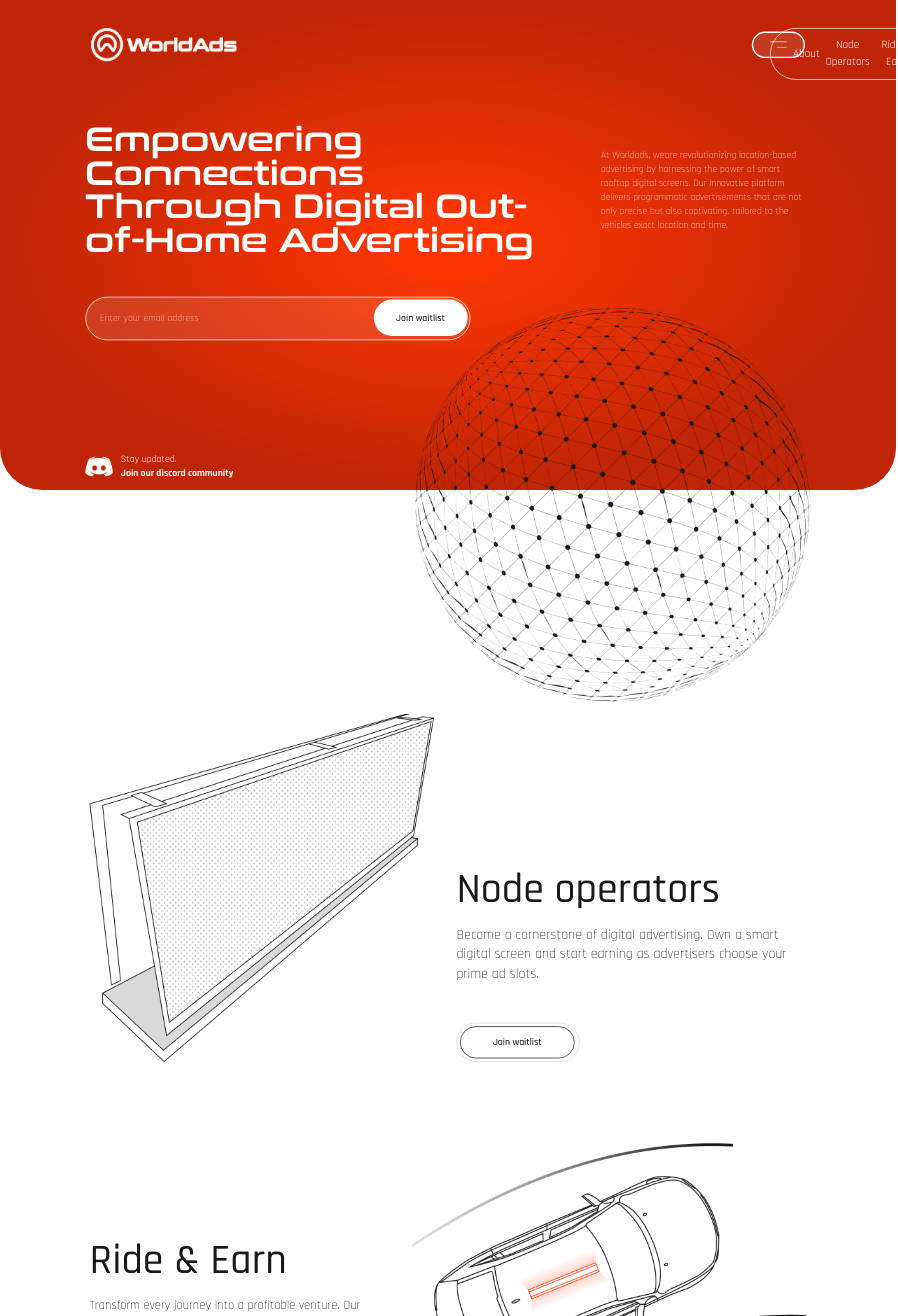
Repository: Abdul-Hannan232/worldAds
Page: /
These files come from the project's save history. The page is drawn as it stood at one moment and after the next save; the edit follows.
The browser window is 1280 px wide. The page is 1283 px wide, so the pictures cover 1283 px, including what lies to the right of the window. The pictures show the part of the page from y = 0 to 1880 px (the page is 3892 px tall), at 70% of full size.
The project was rebuilt for these pictures with package versions that can differ from the ones it lists, and the page was loaded fresh each time. The framework's server and built-in components were replaced by stand-ins that run in the browser. Also part of the build but not shown: next.config.mjs, app/component/NavContent.jsx.

Above is the page before, as saved 2024-05-08 17:56:43.

After the next save:
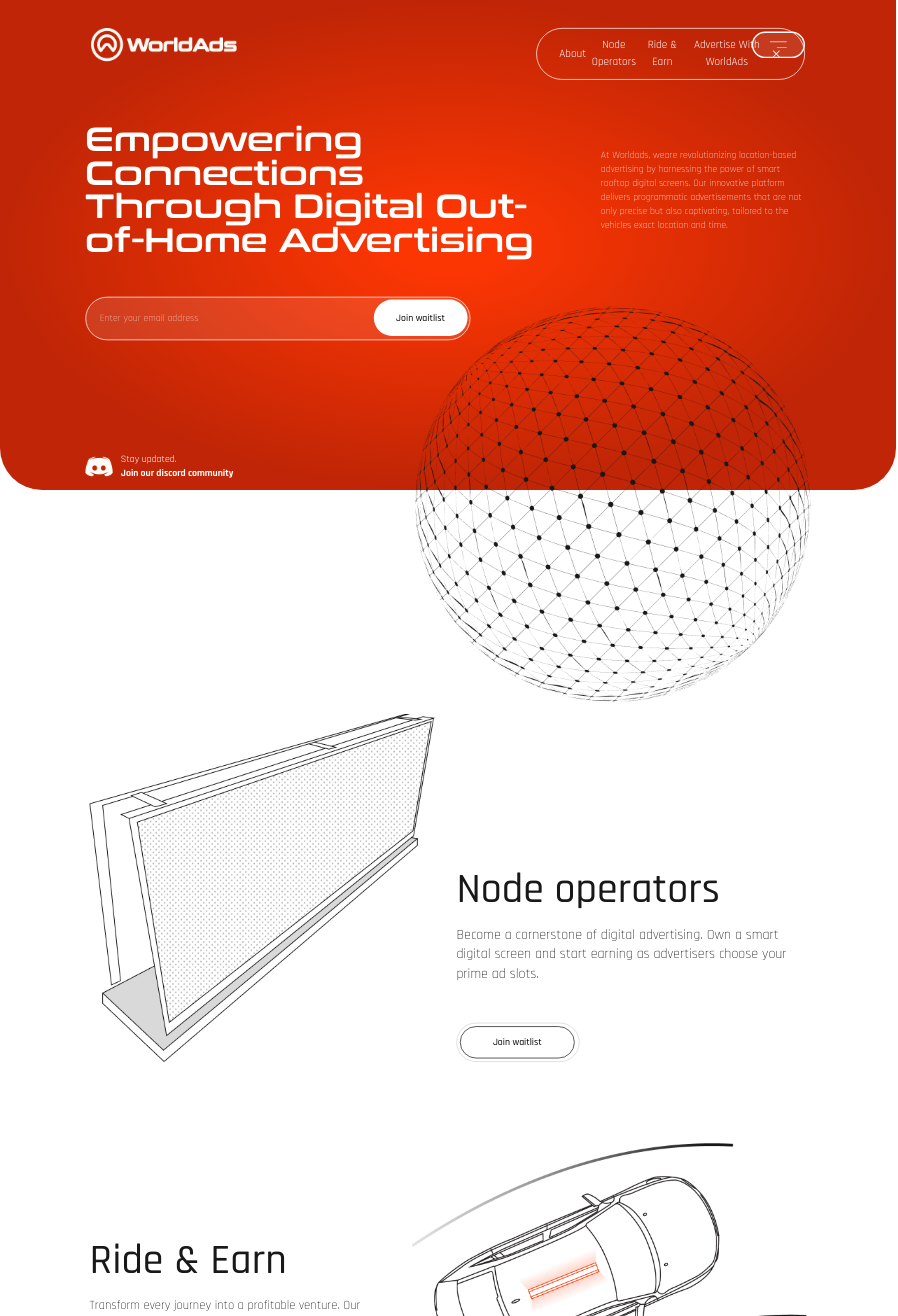
Saved 10 s later.
--- a/app/component/Header.jsx
+++ b/app/component/Header.jsx
@@ -41,7 +41,7 @@
                     type="button"
                     onClick={handleDrawerToggle}
                 >
-                    <div className=' absolute top-0 border border-white rounded-full p-3 w-96'>
+                    <div className=' absolute top-0 right-0 border border-white rounded-full p-3 w-96'>
                         <ul className='px-5 flex items-center text-white justify-between'>
                             <li><Link href="#">About</Link></li>
                             <li><Link href="#">Node Operators</Link></li>
